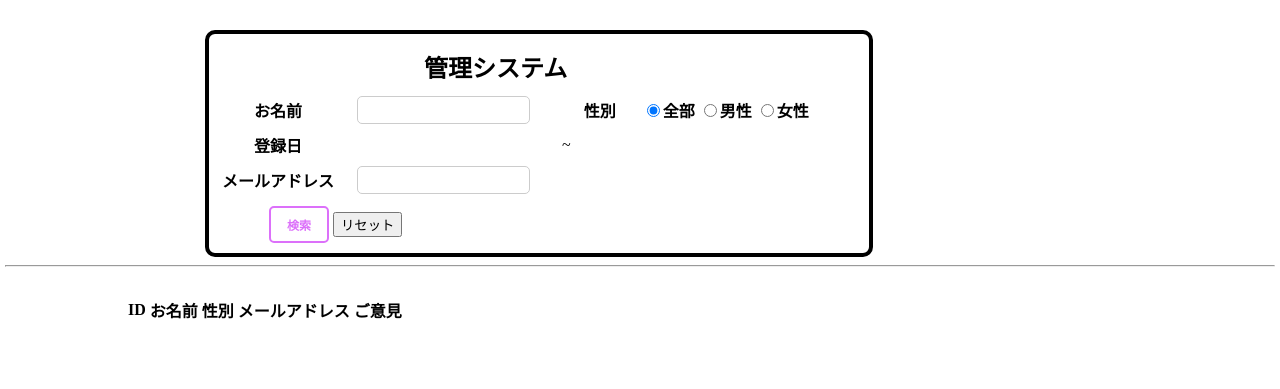
Repository: azuma2/kadai
Page: http://localhost/serch
The author's editor kept a copy of each file at every save. The page is drawn from the files as they stood at one save, then again after the next save.
The browser window is 1280 px wide. The pictures show the whole page.
The page is served by the project's Laravel application, run on PHP 8.4 with Laravel 8. Queries for data that is not in the repository find no rows.

Above is the page before, as saved 2022-06-02 02:03:22.

After the next save:
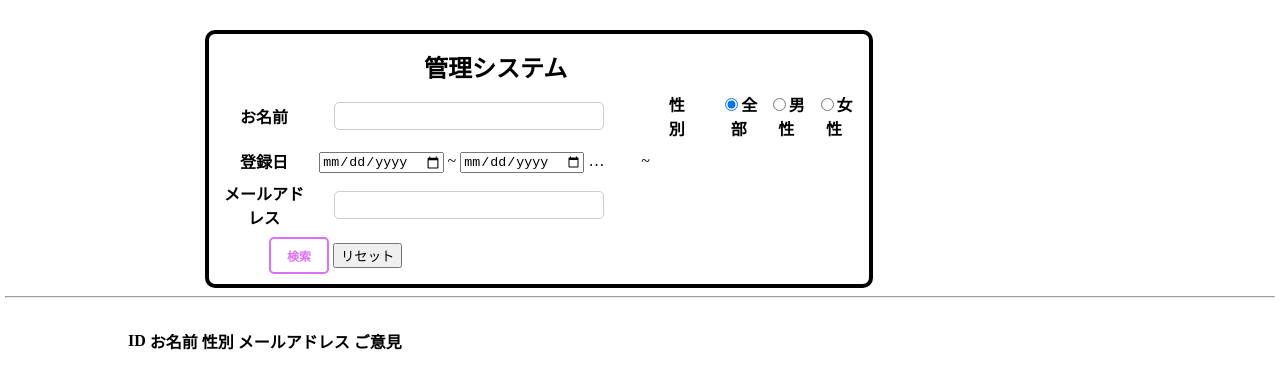
Saved 26 min 0 s later.
--- a/resources/views/kanri.blade.php
+++ b/resources/views/kanri.blade.php
@@ -166,7 +166,12 @@ table td:hover {
             登録日
           </th>
           <td>
-
+            <form action="hashtag" method="GET">
+    <input type="date" name="from" placeholder="from_date">
+        <span class="mx-3 text-grey">~</span>
+    <input type="date" name="until" placeholder="until_date">
+    <button type="submit">検索</button>
+</form>
 
           </td>
           <td>
